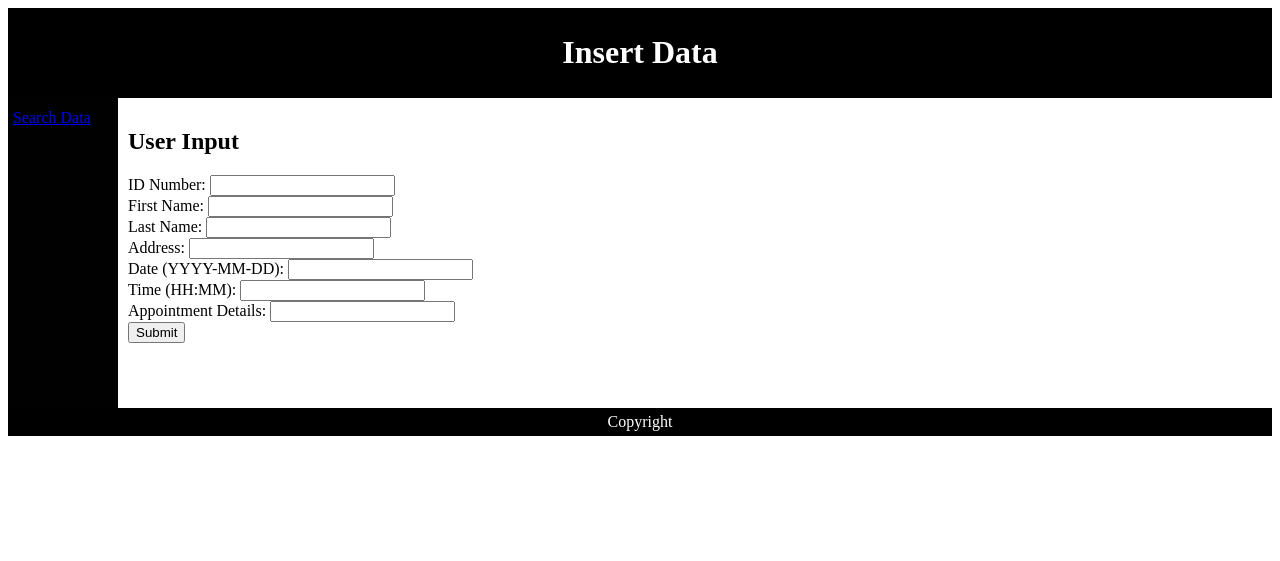
Repository: Doniico/G1_ODM
Page: workspaceCSCI4830-teamproject/teamproject/WebContent/simpleInsertHB.html
The author's editor kept a copy of each file at every save. The page is drawn from the files as they stood at one save, then again after the next save.
The browser window is 1280 px wide. The pictures show the whole page.

Above is the page before, as saved 2020-04-02 05:11:37.

### workspaceCSCI4830-teamproject/teamproject/WebContent/simpleInsertHB.html
<html>
<head>
<style>
header {
    background-color:black;
    color:white;
    text-align:center;
    padding:5px;
}
nav {
    line-height:30px;
    background-color:#010101;
    height:300px;
    width:100px;
    float:left;
    padding:5px;
}
section {
    width:350px;
    float:left;
    padding:10px;
}
footer {
    background-color:black;
    color:white;
    clear:both;
    text-align:center;
    padding:5px;
}
</style>

</head>

<body>
<header>
<h1> Insert Data</h1>
</header>


<nav>
<a href="/webproject/simpleSearchHB.html">Search Data</a> <br>
</nav>

<section>
	<h1>User Input</h1>

	<form action="SimpleInsertHB" method="POST">

		ID Number: <input type="number" name="id"> <br />
		First Name: <input type="text" name="firstName"> <br />
		Last Name: <input type="text" name="lastName"> <br />
		Address: <input type="text" name="address"> <br />
		Date (YYYY-MM-DD): <input type="text" name="date"> <br />
		Time (HH:MM): <input type="text" name="time"> <br />
		Appointment Details: <input type="text" name="details"> <br />

		<input type="submit" value="Submit" />
	</form>

</section>

<footer>
Copyright
</footer>
</body>
</html>

After the next save:
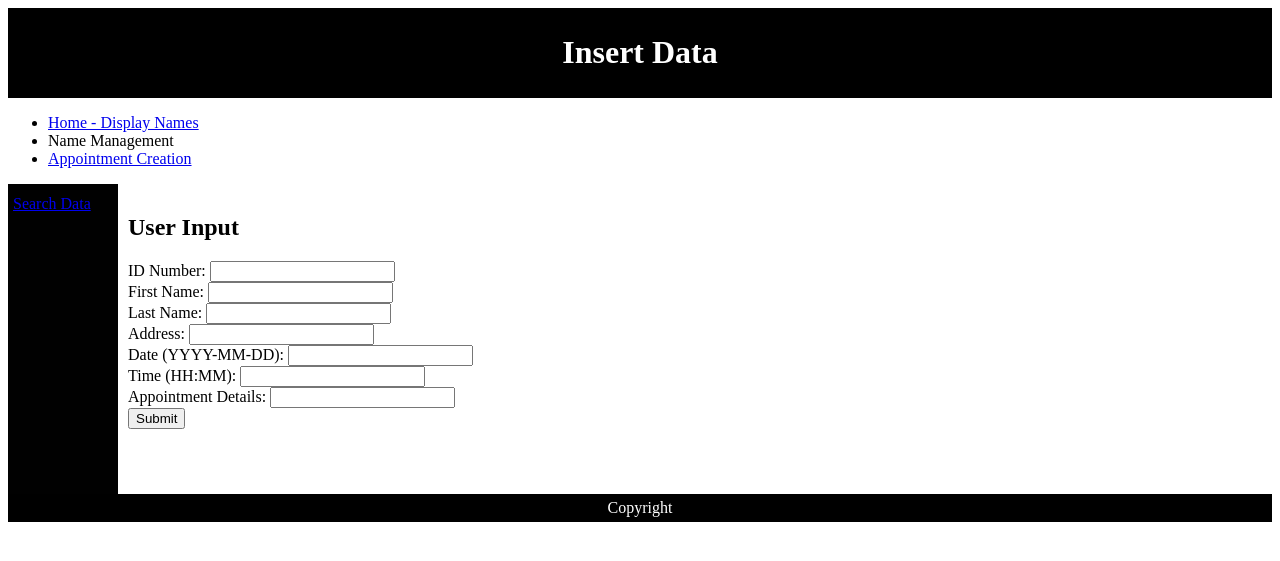
Saved 63 s later.
--- a/workspaceCSCI4830-teamproject/teamproject/WebContent/simpleInsertHB.html
+++ b/workspaceCSCI4830-teamproject/teamproject/WebContent/simpleInsertHB.html
@@ -35,7 +35,11 @@ footer {
 <header>
 <h1> Insert Data</h1>
 </header>
-
+<ul id = "navBar">
+	<li><a href = "Open Door Mission Design.html">Home - Display Names</a></li>
+	<li>Name Management</a></li>
+	<li><a href = "Appointment Creation.html">Appointment Creation</a></li>
+</ul>
 
 <nav>
 <a href="/webproject/simpleSearchHB.html">Search Data</a> <br>
